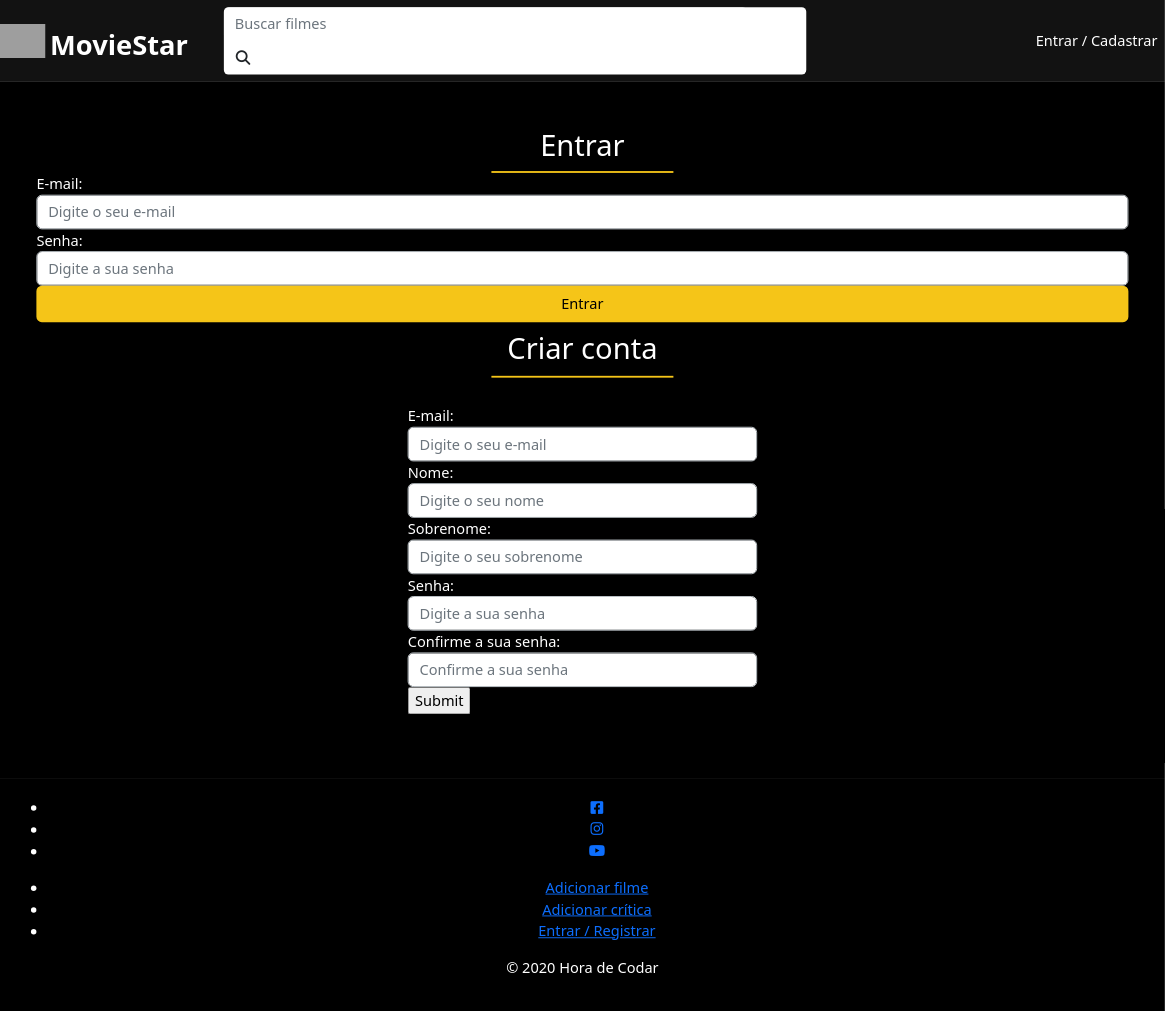
Repository: YuriSarmanho/PHPcourse
Page: http://localhost/auth.php
An editor plug-in stored every save of this project. The page is shown before and after the next save, followed by the edit.
The browser window is 1280 px wide. The pictures show the whole page, at 91% of full size.
Pictures or frames that could not be fetched are drawn as grey boxes. Some web libraries are served in a nearby version. The page is run by PHP 8.4 with error messages shown; the project is at /var/www/html/.

Above is the page before, as saved 2022-08-28 21:10:34.

### 19_movieStar/auth.php
<?php
    require_once("templates/header.php");
?>

<div id="main-container" class="container-fluid">
    <div class="col-md-12">
        <div class="row" id="auth-row">
            <div class="col-md-4" id="login-container">
                <h2>Entrar</h2>
            </div>
            <form action="" method="POST">
                <input type="hidden" name="type" value="login">
                <div class="form-group">
                    <label for="email">E-mail:</label>
                    <input type="email" class="form-control" id="email" name="email" placeholder="Digite o seu e-mail">
                </div>
                <div class="form-group">
                    <label for="password">Senha:</label>
                    <input type="password" class="form-control" id="password" name="password" placeholder="Digite a sua senha">
                </div>
                <input type="submit" class="btn card-btn" value="Entrar">
            </form>

            <div class="col-md-4" id="register-container">
                <h2>Criar conta</h2>
                <form action="" method="POST">
                    <input type="hidden" name="type" value="register">
                    <div class="form-group">
                        <label for="email">E-mail:</label>
                        <input type="email" class="form-control" id="email" name="email" placeholder="Digite o seu e-mail">
                    </div>
                    <div class="form-group">
                        <label for="name">Nome:</label>
                        <input type="text" class="form-control" id="name" name="name" placeholder="Digite o seu nome">
                    </div>
                    <div class="form-group">
                        <label for="lastname">Sobrenome:</label>
                        <input type="text" class="form-control" id="lastname" name="lastname" placeholder="Digite o seu sobrenome">
                    </div>
                    <div class="form-group">
                        <label for="password">Senha:</label>
                        <input type="password" class="form-control" id="password" name="password" placeholder="Digite a sua senha">
                    </div>
                    <div class="form-group">
                        <label for="confirmpassword">Confirme a sua senha:</label>
                        <input type="password" class="form-control" id="confirmpassword" name="confirmpassword" placeholder="Confirme a sua senha">
                    </div>
                    <input type="submit" class="">
                </form>
            </div>

        </div>
    </div>
</div>

<?php
    require_once("templates/footer.php");
?>

### 19_movieStar/templates/header.php
<?php
    require_once("globals.php");
    require_once("db.php");

    $flassMessage = [];
?>

<!DOCTYPE html>
<html lang="en">
<head>
    <meta charset="UTF-8">
    <meta http-equiv="X-UA-Compatible" content="IE=edge">
    <meta name="viewport" content="width=device-width, initial-scale=1.0">
    <title>MovieStar</title>
    <link rel="short icon" href="<?=$BASE_URL?>img/moviestar.ico">
    <!-- Bootstrap -->
    <link rel="stylesheet" href="https://cdnjs.cloudflare.com/ajax/libs/twitter-bootstrap/5.2.0/css/bootstrap.css" integrity="sha512-h1rwF0uB6r2IuEZcyjPrR53bBKN9Wb4yL+w3Rdlzmc3CkBF1gMSFvQIIstnu4bEtYDaKca5ke5S8UBAACRImyg==" crossorigin="anonymous" referrerpolicy="no-referrer" />
    <!-- Font Awesome-->
    <link rel="stylesheet" href="https://cdnjs.cloudflare.com/ajax/libs/font-awesome/6.1.2/css/all.min.css" integrity="sha512-1sCRPdkRXhBV2PBLUdRb4tMg1w2YPf37qatUFeS7zlBy7jJI8Lf4VHwWfZZfpXtYSLy85pkm9GaYVYMfw5BC1A==" crossorigin="anonymous" referrerpolicy="no-referrer" />
    <!-- CSS do projeto -->
    <link rel="stylesheet" href="<?=$BASE_URL?> css/styles.css">
</head>
<body>
    <header>
        <nav id="main-navbar" class="navbar navbar-expand-lg">
            <a href="<?=$BASE_URL?>" class="navbar-brand">
                <img src="<?$BASE_URL?>img/logo.svg" alt="MovieStar" id="logo">
                <spam id="moviestar-title">MovieStar</spam>
            </a>
            <button class="navbar-toggler" type="button" data-toggler="collapse"
            data-target="#navbar" aria-controls="navbar" aria-expanded="false" aria-label="Toggle
            navgation">
                <i class="fas fa-bars"></i>
            </button>
            <form action="" method="GET" id="search-form" class="form-inline my-2 my-lg-0">
                <input type="text" name="q" id="search" class="form-control mr-sm-2" type="search"
                placeholder="Buscar filmes" aria-label="Search">
                <button class="btn my-2 my-sm-0" type="submit">
                    <i class="fas fa-search"></i>
                </button>
            </form>
            <div class="collapse navbar-collapse" id="navbar">
                <ul class="navbar-nav">
                    <li class="nav-item">
                        <a href="<?=$BASE_URL?>auth.php" class="nav-link">Entrar / Cadastrar</a>
                    </li>
                </ul>
            </div>
        </nav>
    </header>
    <?php if(!empty($flassMessage["msg"])):?>
        <div class="msg-container">
            <p class="msg <?=$flassMessage["type"]?>"><?=$flassMessage["msg"]?></p>
        </div>
    <?php endif; ?>

### 19_movieStar/globals.php
<?php
    session_start();

    $BASE_URL = "http://" . $_SERVER["SERVER_NAME"] . dirname($_SERVER["REQUEST_URI"]."?");

### 19_movieStar/db.php
<?php

    $db_name = "moviestar";
    $db_host = "localhost";
    $db_user = "root";
    $db_pass = "";

    $conn = new PDO("mysql:dbname=".$db_name .";host=". $db_host, $db_user, $db_pass);

    $conn->setAttribute(PDO::ATTR_ERRMODE, PDO::ERRMODE_EXCEPTION);
    $conn->setAttribute(PDO::ATTR_EMULATE_PREPARES,false);

### 19_movieStar/templates/footer.php
<footer id="footer">
        <div class="social-container">
            <ul>
                <li>
                    <a href="#"><i class="fab fa-facebook-square"></i></a>
                </li>
                <li>
                    <a href="#"><i class="fab fa-instagram"></i></a>
                </li>
                <li>
                    <a href="#"><i class="fab fa-youtube"></i></a>
                </li>
            </ul>
        </div>
        <div class="footer-links-container">
            <ul>
                <li><a href="#">Adicionar filme</a></li>
                <li><a href="#">Adicionar crítica</a></li>
                <li><a href="#">Entrar / Registrar</a></li>
            </ul>
        </div>
        <p>&copy; 2020 Hora de Codar</p>
    </footer>

<!-- Bootstrap JS-->
    <script src="https://cdnjs.cloudflare.com/ajax/libs/twitter-bootstrap/5.2.0/js/bootstrap.js" integrity="sha512-39Q5Yw4jtWPVkYu5Dry3HiRh6DWG4FDODb/rHF+X2Xp0kzhg9VgTyYV209uQ/EsqPDP/4dDvwm1rb8JgnAkHNg==" crossorigin="anonymous" referrerpolicy="no-referrer"></script>
    <script src="https://cdnjs.cloudflare.com/ajax/libs/jquery/3.6.0/jquery.min.js" integrity="sha512-894YE6QWD5I59HgZOGReFYm4dnWc1Qt5NtvYSaNcOP+u1T9qYdvdihz0PPSiiqn/+/3e7Jo4EaG7TubfWGUrMQ==" crossorigin="anonymous" referrerpolicy="no-referrer"></script>
</body>
</html>

### 19_movieStar/css/styles.css
/* Navbar */
.navbar-brand {
  position: relative;
}

#logo {
  width: 50px;
}

#moviestar-title {
  color: #FFF;
  position: absolute;
  bottom: -2px;
  font-size: 30px;
  left: 55px;
  font-weight: bold;
}

#main-navbar {
  background-color: #121212;
}

#search-form {
  margin: 0 auto;
  background-color: #FFF;
  border-radius: 5px;
  width: 50%;
  margin-left: 180px;
}

#search-form .form-control {
  border: none;
  width: 90%;
  box-shadow: none;
}

#navbar {
  min-width: 30%;
}

.navbar-nav {
  justify-content: flex-end;
  width: 100%;
}

.navbar-nav .nav-item .nav-link {
  color: #FFF;
  transition: .5s;
}

.navbar-nav .nav-item .nav-link:hover {
  color: #999;
}

.bold {
  font-weight: bold;
}

.msg-container {
  background-color: #000;
  padding: 15px;
}

.msg {
  width: 60%;
  margin: 0 auto;
  padding: 10px;
  border: solid 1px #000;
  text-align: center;
}

.msg.error {
  color: #842029;
  background-color: #F8D7DA;
  border-color: #F5C2C7;
}

.msg.success {
  color: #0F5132;
  background-color: #D1E7DD;
  border-color: #BADBCC;
}

/* Home */
#main-container {
  background-color: #000;
  color: #FFF;
  min-height: 65vh;
  padding: 40px;
}

.section-title {
  font-size: 24px;
  border-left: 4px solid #F5C518;
  padding-left: 12px;
  margin-top: 20px;
}

.section-description {
  color: #CCC;
  font-size: 18px;
}

.movies-container {
  display: flex;
  flex-wrap: wrap;
  margin: 0 -15px;
}

.movie-card {
  background-color: #1A1A1A;
  width: 18%;
  margin-bottom: 30px;
  margin-left: 1%;
  margin-right: 1%;
}

.movie-card .card-img-top {
  height: 300px;
  width: 100%;
  background-size: cover;
  background-position: center;
}

.card-title {
  height: 3rem;
}

.card-title a {
  font-size: 16px;
  color: #FFF;
}

.fas.fa-star {
  color: #F5C518;
}

.rating {
  color: #CCC;
}

.rate-btn {
  margin-bottom: 15px;
  color: #5799EF;
  background-color: #333;
  border-color: #333;
  width: 100%;
  font-weight: bold;
}

.rate-btn:hover {
  background-color: #444;
  border-color: #444;
}

.empty-list {
  text-align: center;
  font-size: 18px;
  width: 100%;
  font-weight: bold;
}

/* Login / Register */
#auth-row {
  justify-content: space-evenly;
}

#login-container h2,
#register-container h2 {
  text-align: center;
  border-bottom: 2px solid #F5C518;
  width: 200px;
  margin: 0 auto;
  padding: 10px;
}

#login-container form,
#register-container form {
  max-width: 400px;
  margin: 30px auto;
}

.card-btn {
  color: #000;
  background-color: #F5C518;
  border: 2px solid #F5C518;
  width: 100%;
}

.card-btn:hover {
  background-color: transparent;
  color: #F5C518;
  border-color: #F5C518;
}

/* Edit Profile */
#profile-image-container,
.profile-image-container {
  width: 150px;
  height: 150px;
  border: 6px solid #F5C518;
  border-radius: 100%;
  background-size: cover;
  background-position: center;
  margin: 15px auto;
}

.profile-image-container {
  width: 70px;
  height: 70px;
}

.page-description {
  color: #999;
}

#bio {
  max-width: 400px;
}

.form-control.disabled {
  background-color: #BBB;
}

#change-password-container {
  margin-top: 30px;
}

.edit-profile-page .card-btn,
#add-movie-container .card-btn,
#review-form .card-btn,
#edit-movie-form .card-btn {
  width: auto;
}

/* Profile */
.profile-container {
  justify-content: center;
}

.profile-container .profile-image {
  margin: 20px auto;
}

.about-title {
  color: #CCC;
}

.profile-description {
  max-width: 500px;
  margin: 20px auto;
}

.added-movies-container,
.about-container {
  padding-top: 20px;
}

.about-container {
  text-align: center;
  background-color: #333;
  border-bottom: 3px solid #CCC;
}

.added-movies-container {
  background-color: #333;
}

.added-movies-container .movies-container {
  padding: 20px;
}

.added-movies-container .movie-card {
  width: 31%;
}

/* New Movie */
.new-movie-container {
  text-align: center;
}

#add-movie-form {
  text-align: left;
}

.movie-image-container {
  height: 400px;
  min-width: 200px;
  background-position: center;
  background-size: cover;
}

.page-title:after {
  content: "";
  width: 300px;
  border-bottom: 2px solid #F5C518;
  display: block;
  margin: 0 auto;
  padding-top: 7px;
}

/* Movie */
.movie-container {
  text-align: center;
}

.movie-details {
  margin: 25px 0;
}

.pipe {
  border: 1px solid #333;
  margin: 0 10px;
}

#reviews-title {
  margin-bottom: 25px;
}

#review-form-container {
  background-color: #333;
  padding: 20px;
}

#review-form-container select,
#review-form-container textarea {
  width: 50%;
}

#reviews-container {
  margin-top: 20px;
  padding-top: 20px;
  border-top: 4px solid #F5C518;
}

.review {
  padding: 20px 0;
  border-bottom: 1px solid #333;
}

.author-details-container {
  padding-top: 20px;
}

.author-name a {
  color: #F5C518;
}

.comment-title {
  color: #999;
}

/* Dashboard */
#add-movie-container {
  text-align: right;
}

#movies-dashboard .table {
  color: #FFF;
}

#movies-dashboard .table th {
  border-top: none;
}

#movies-dashboard .table tr {
  padding: 15px 0;
}

.table-movie-title {
  color: #FFF;
  font-weight: bold;
  transition: .5s;
}

.table-movie-title:hover {
  color: #F5C518;
}

.actions-column {
  max-width: 75px;
  text-align: center;
}

.actions-column form {
  display: inline-block;
}

.edit-btn,
.delete-btn {
  padding: 5px 10px;
  border-radius: 5px;
  margin: 0 5px;
  font-weight: bold;
  transition: .5s;
  border: none;
}

.edit-btn {
  background-color: #0DCAF0;
  color: #FFF;
}

.edit-btn:hover {
  background-color: transparent;
  color: #0DCAF0;
  text-decoration: none;
}

.delete-btn {
  background-color: #DC3545;
  color: #FFF;
}

.delete-btn:hover {
  background-color: transparent;
  color: #DC3545;
  text-decoration: none;
}

/* Search */
#search-title {
  font-size: 40px;
}

#search-result,
.back-link {
  color: #F5C518;
}

/* Footer */
#footer {
  background-color: #000;
  color: #FFF;
  text-align: center;
  margin: 0;
  padding: 20px;
}

#social-container ul,
#footer-links-container ul {
  list-style-type: none;
  padding: 0;
}

#social-container li,
#footer-links-container li {
  display: inline-block;
  margin: 0 20px;
}

#social-container li {
  height: 40px;
  width: 40px;
  border-radius: 100%;
  transition: .5s;
  line-height: 3;
}

#social-container li:hover {
  background-color: #333;
}

#social-container a,
#footer-links-container a {
  color: #FFF;
  transition: .5s;
}

#social-container li i {
  font-size: 25px;
}

#footer-links-container {
  margin: 30px 0;
}

/* Responsivo */
@media(max-width: 450px) {

  #main-container {
    padding: 20px;
  }

  /* Home */
  #search-form {
    width: 100%;
    margin-left: 0;
  }

  #search-form .form-control {
    width: 85%;
  }

  .section-title {
    font-size: 2.2rem;
    margin-bottom: 1rem;
  }

  .movies-container {
    padding: 0 15px;
  }

  .movie-card {
    width: 100%;
  }

  .movie-details {
    display: flex;
    flex-direction: column;
  }

  .movie-details span {
    padding-bottom: 8px;
  }

  .pipe {
    display: none;
  }

  .movie-container iframe {
    max-width: 100% !important;
  }

  #reviews-container {
    padding-left: 0;
    padding-right: 0;
  }

  #review-form-container select,
  #review-form-container textarea {
    width: 100%;
  }

  .empty-list {
    margin-top: 20px;
  }

  .msg {
    width: 100%;
  }

  /* Movie */
  .review {
    padding: 0 15px;
  }

  /* Dashboard */
  #movies-dashboard {
    padding: 0;
  }

  .actions-column {
    width: 140px;
  }

  .edit-btn {
    display: block;
    margin-bottom: 10px;
  }

  /* Edit movie */
  .movie-image-container {
    margin-top: 1rem;
  }

  .fas.fa-bars {
    color: #F5C518;
  }

}

After the next save:
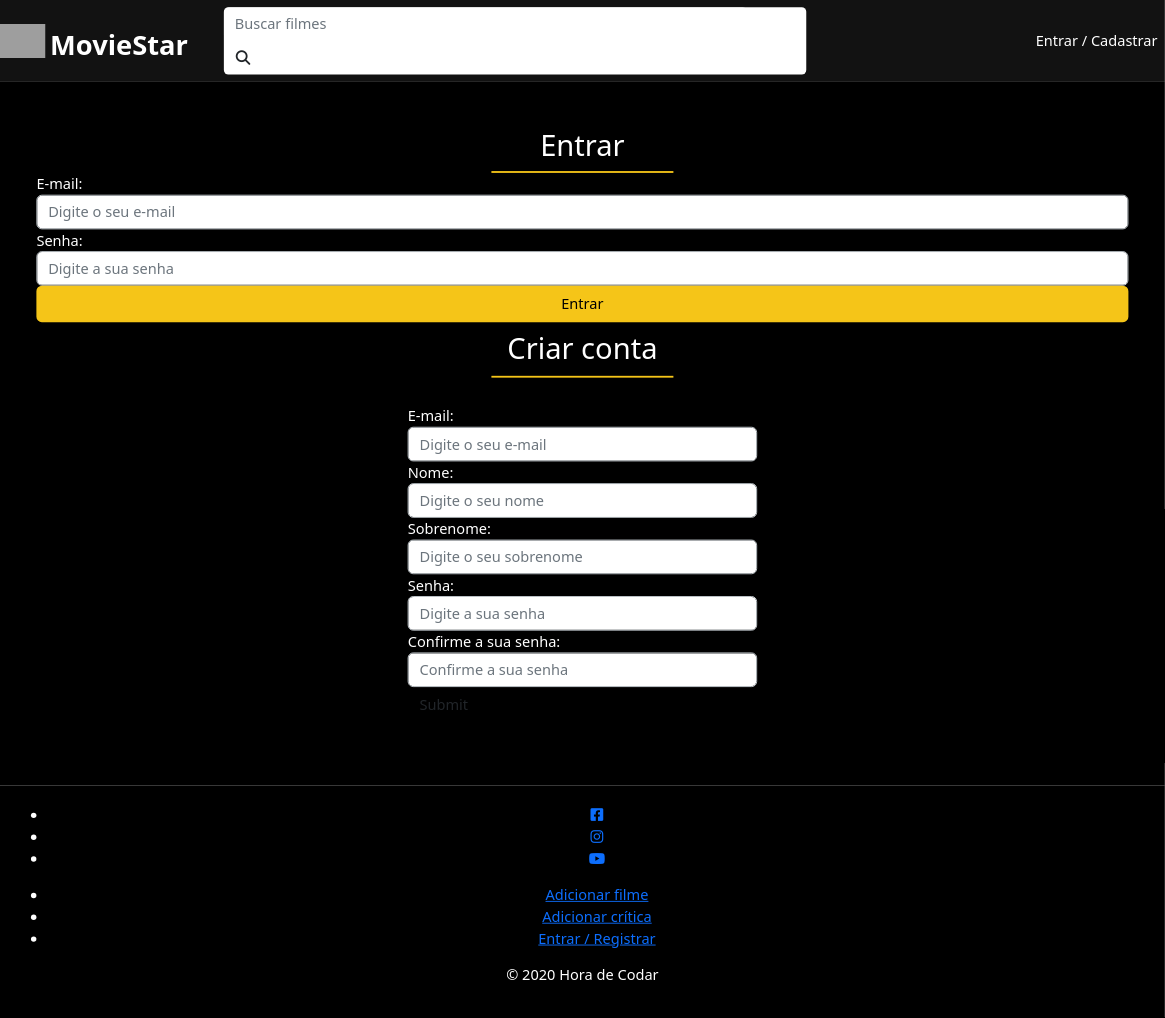
Saved 4 s later.
--- a/19_movieStar/auth.php
+++ b/19_movieStar/auth.php
@@ -45,7 +45,7 @@
                         <label for="confirmpassword">Confirme a sua senha:</label>
                         <input type="password" class="form-control" id="confirmpassword" name="confirmpassword" placeholder="Confirme a sua senha">
                     </div>
-                    <input type="submit" class="">
+                    <input type="submit" class="btn btn-card">
                 </form>
             </div>
 
